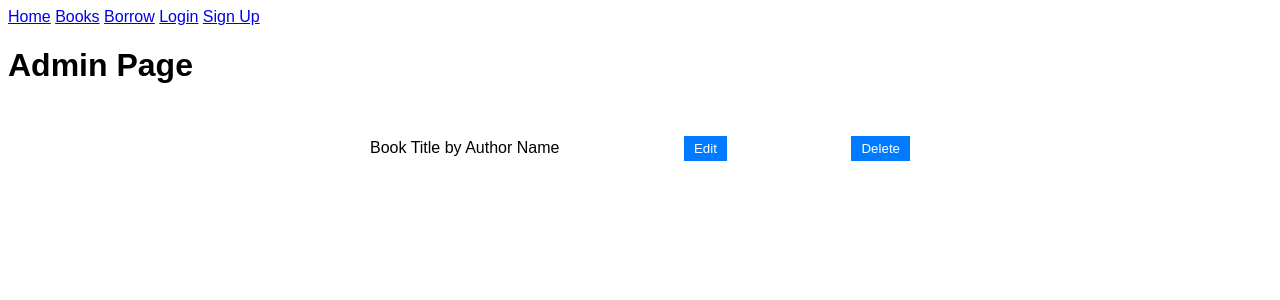
Repository: fadyesk12/Web-Technology-Course-Project
Page: auth/admin.html
These files come from the project's save history. The page is drawn as it stood at one moment and after a run of saves; the edit follows.
The browser window is 1280 px wide. The pictures show the whole page.

Above is the page before, as saved 2024-04-20 09:41:30.

After the next 3 saves:
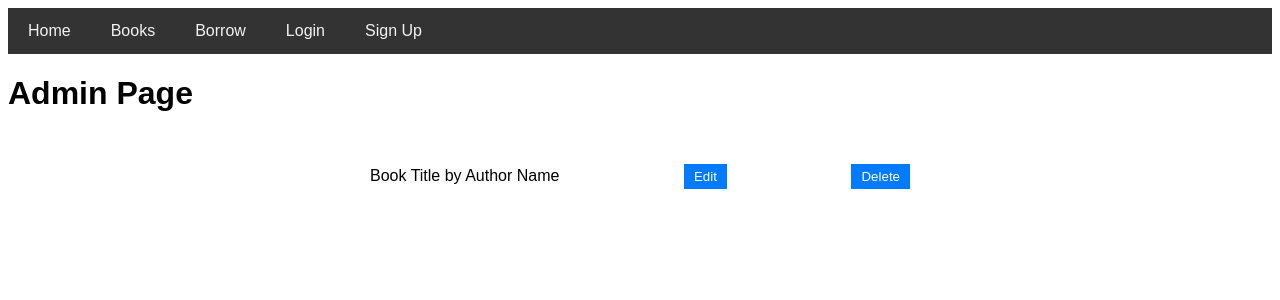
The 3 saves are shown as one change because they came seconds apart.
The last was saved 35 s later.
--- a/Styling/admin.css
+++ b/Styling/admin.css
@@ -1,3 +1,22 @@
+#navbar {
+    overflow: hidden;
+    background-color: #333;
+}
+
+#navbar a {
+    float: left;
+    display: block;
+    color: #f2f2f2;
+    text-align: center;
+    padding: 14px 20px;
+    text-decoration: none;
+}
+
+#navbar a:hover {
+    background-color: #ddd;
+    color: black;
+}
+
 body {
     font-family: Arial, sans-serif;
 }
